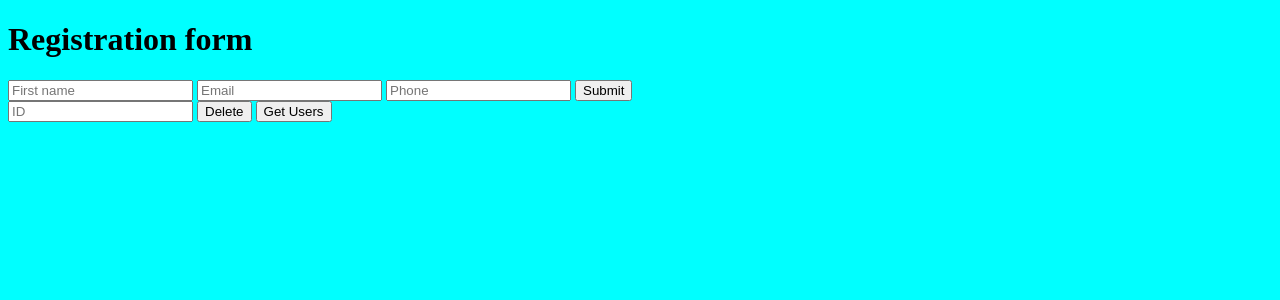
Repository: mediumrtp/CRUD
Page: index.html
An editor plug-in stored every save of this project. The page is shown before and after the next save, followed by the edit.
The browser window is 1280 px wide. The pictures show the whole page.

Above is the page before, as saved 2022-11-18 14:18:02.
Console error: ReferenceError: start_my_script is not defined

After the next save:
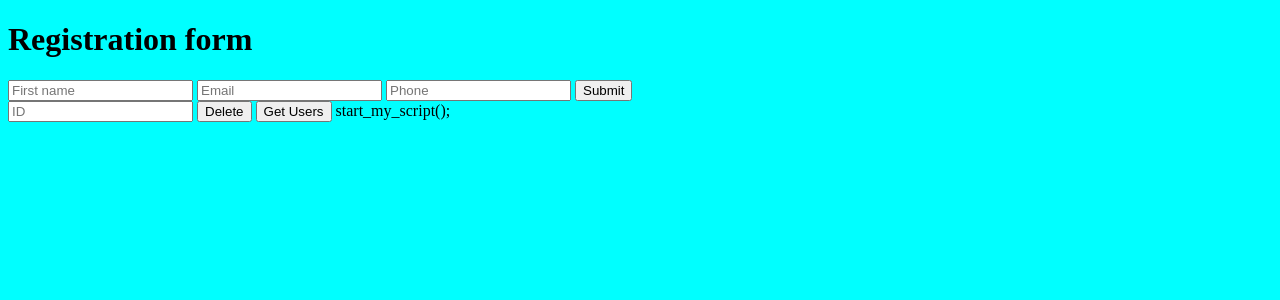
The error is gone.
Saved 4 min 13 s later.
--- a/index.html
+++ b/index.html
@@ -16,10 +16,8 @@
     <form class="delete" action="/delete" method="POST">
         <input type="text" name="id" placeholder="ID" required>
         <input type="submit" value="Delete">
-        <input type="button" id="btnGetUsers" value="Get Users" />
+        <input type="button" id="btnGetUsers" value="Get Users" /> start_my_script();
         <script>
-            start_my_script();
-
             function httpGet() {
                 var xmlHttp = new XMLHttpRequest();
                 xmlHttp.open("GET", "http://localhost:8000/view", false); // false for synchronous request
